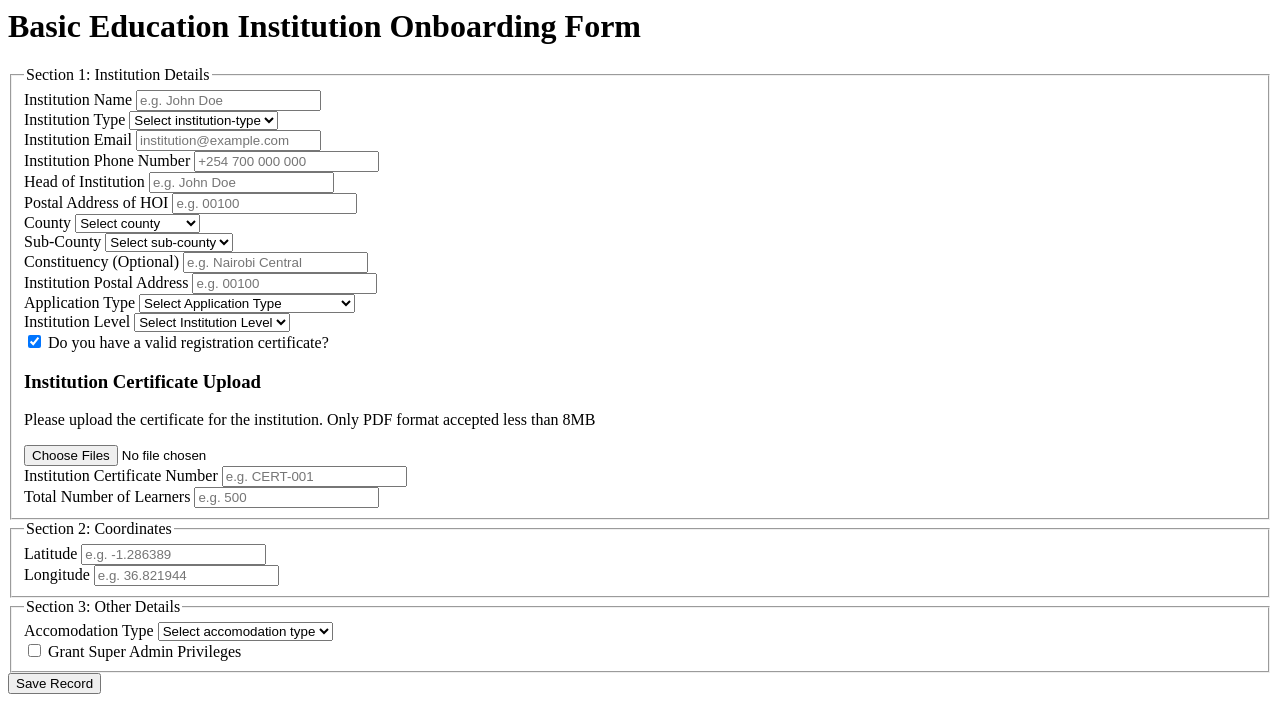
Repository: ndirituart/KEMIS
Page: angular-client/src/app/pages/basic-education/basic-education.html
An editor plug-in stored every save of this project. The page is shown before and after the next save, followed by the edit.
The browser window is 1280 px wide. The pictures show the whole page.

Above is the page before, as saved 2026-10-20 21:46:19.

After the next save:
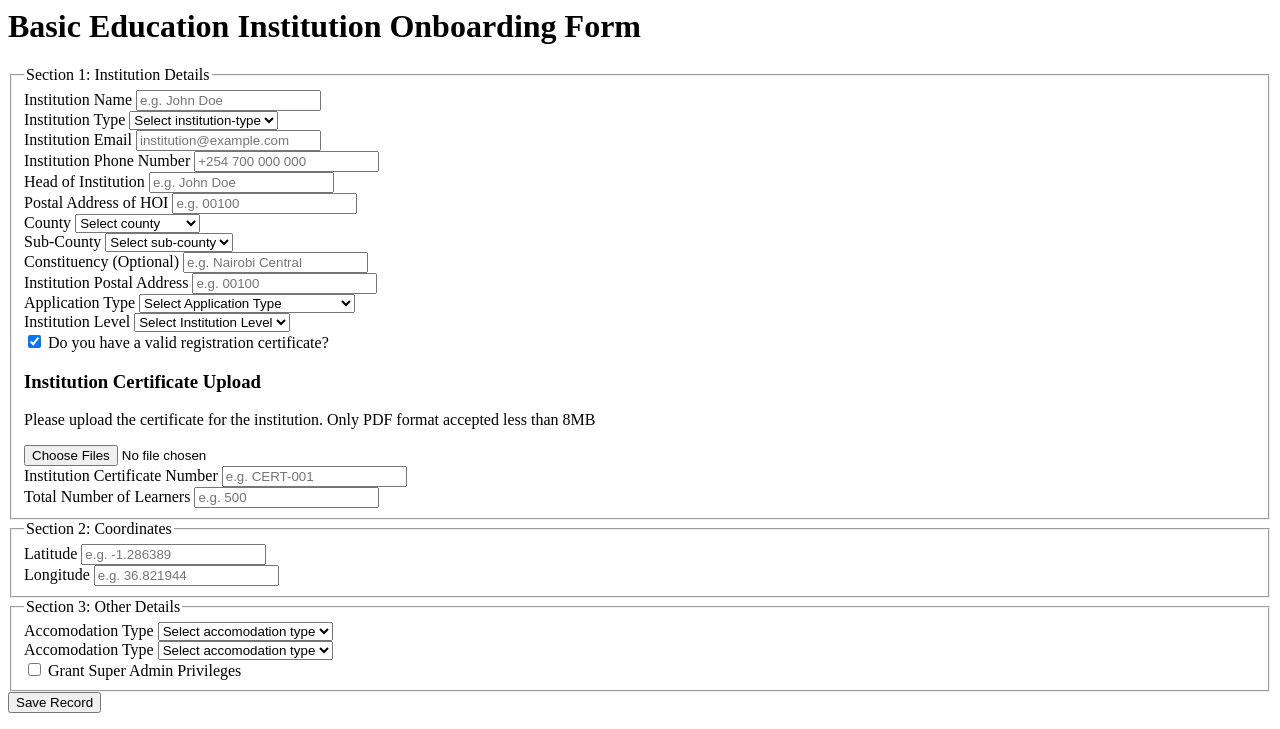
Saved 9 s later.
--- a/angular-client/src/app/pages/basic-education/basic-education.html
+++ b/angular-client/src/app/pages/basic-education/basic-education.html
@@ -221,6 +221,17 @@
         </select>
       </div>
 
+      <!-- Accomodation Type -->
+      <div class="col-md-6">
+        <label for="accomodation-type" class="form-label fw-semibold">Accomodation Type</label>
+        <select class="form-select" id="accomodation-type" name="accomodation-type" required>
+          <option value="" disabled selected>Select accomodation type</option>
+          <option value="Day">Day</option>
+          <option value="Boarding">Boarding</option>
+          <option value="Hybrid">Hybrid</option>
+        </select>
+      </div>
+
       <!-- Boolean Toggle -->
       <div class="col-12 mt-3">
         <div class="form-check form-switch">
